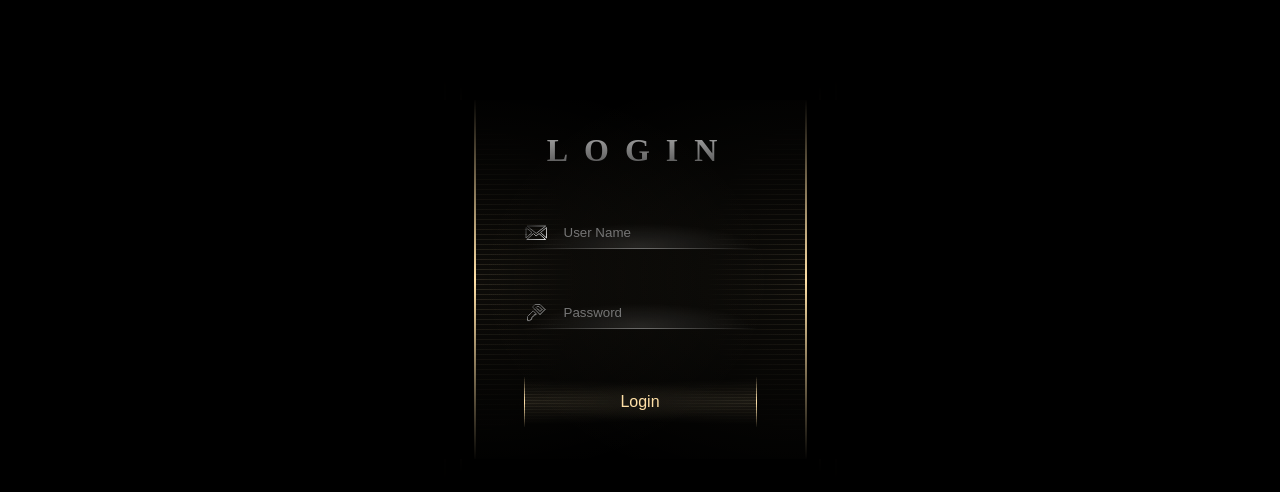
Repository: irfan-shah-sherani/Travel-Tour
Page: public/index.html
These files come from the project's save history. The page is drawn as it stood at one moment and after a run of saves; the edit follows.
The browser window is 1280 px wide. The pictures show the whole page.

Above is the page before, as saved 2025-07-11 13:00:38.

### public/index.html
<!DOCTYPE html>
<html lang="en">
<head>
    <meta charset="UTF-8">
    <meta name="viewport" content="width=device-width, initial-scale=1.0">
    <title>login page</title>
    <link rel="stylesheet" href="index.css">
</head>
<body style="background-color: black; ">

    <!-- main container -->
<div class="wrapper">
  <form class="form">
    <!-- inner form -->
    <span class="title">Login</span>

    <!-- user name theme -->
    <div class="input-container">
      <svg
        width="24"
        height="24"
        viewBox="0 0 24 24"
        fill="none"
        xmlns="http://www.w3.org/2000/svg"
      >
        <defs>
          <linearGradient
            id="gradient-stroke"
            x1="0"
            y1="0"
            x2="24"
            y2="24"
            gradientUnits="userSpaceOnUse"
          >
            <stop offset="0%" stop-color="black"></stop>
            <stop offset="100%" stop-color="white"></stop>
          </linearGradient>
        </defs>

        <g stroke="url(#gradient-stroke)" fill="none" stroke-width="1">
          <path d="M21.6365 5H3L12.2275 12.3636L21.6365 5Z"></path>
          <path d="M16.5 11.5L22.5 6.5V17L16.5 11.5Z"></path>
          <path d="M8 11.5L2 6.5V17L8 11.5Z"></path>
          <path
            d="M9.5 12.5L2.81805 18.5002H21.6362L15 12.5L12 15L9.5 12.5Z"
          ></path>
        </g>
      </svg>
      <!-- user name theme -->
       <!-- user name placeholder -->
      <input class="input" type="text" placeholder="User Name" />
    </div>

    <div class="input-container">
      <svg
        width="24"
        height="24"
        viewBox="0 0 24 24"
        fill="none"
        xmlns="http://www.w3.org/2000/svg"
      >
        <g stroke="url(#gradient-stroke)" fill="none" stroke-width="1">
          <path
            d="M3.5 15.5503L9.20029 9.85L12.3503 13L11.6 13.7503H10.25L9.8 15.1003L8 16.0003L7.55 18.2503L5.5 19.6003H3.5V15.5503Z"
          ></path>
          <path d="M16 3.5H11L8.5 6L16 13.5L21 8.5L16 3.5Z"></path>
          <path d="M16 10.5L18 8.5L15 5.5H13L12 6.5L16 10.5Z"></path>
        </g>
      </svg>
      <input class="input" type="password" placeholder="Password" />
    </div>

    <div class="login-button">
      <input class="input" type="submit" value="Login" />
    </div>

    <div class="texture"></div>
  </form>
</div>

</body>
</html>

### public/index.css
.wrapper {
  width: 100%;
  height: 100%;
  display: grid;
  place-content: center;
  background: black;
  margin-top: 100px;
  z-index: -2;
}

.form {
  padding: 2rem 3rem;
  display: grid;
  place-items: center;
  gap: 3rem;
  border: 1px solid transparent;
  -o-border-image: linear-gradient(transparent, #ffe0a6, transparent) 1;
  border-image: linear-gradient(transparent, #ffe0a6, transparent) 1;
  border-width: 0 2px 0px 2px;
  background: radial-gradient(
      100% 61.73% at 100% 50%,
      rgba(255, 224, 166, 0.05) 0%,
      transparent 100%
    ),
    radial-gradient(
      91.09% 56.23% at 0% 50%,
      rgba(255, 224, 166, 0.05) 0%,
      transparent 100%
    );
  position: relative;
}
.form::before,
.form::after {
  content: "";
  position: absolute;
  border: 1px solid transparent;
  border: inherit;
  z-index: -1;
}
.form::before {
  inset: -1rem;
  opacity: 15%;
}
.form::after {
  inset: -2rem;
  opacity: 5%;
}
.form .title {
  color: white;
  font-size: 2rem;
  font-weight: 700;
  text-align: center;
  letter-spacing: 1rem;
  text-transform: uppercase;
  background: linear-gradient(rgb(170, 170, 170), rgb(78, 78, 78));
  color: transparent;
  -webkit-background-clip: text;
  background-clip: text;
}
.form .input-container {
  display: flex;
  align-items: center;
  background: radial-gradient(
    47.3% 73.08% at 50% 94.23%,
    rgba(255, 255, 255, 0.1) 5%,
    rgba(0, 0, 0, 0) 100%
  );
  border: 1px solid transparent;
  -o-border-image: radial-gradient(
      circle,
      rgba(255, 255, 255, 0.445) 0%,
      rgba(0, 0, 0, 0) 100%
    )
    1;
  border-image: radial-gradient(
      circle,
      rgba(255, 255, 255, 0.445) 0%,
      rgba(0, 0, 0, 0) 100%
    )
    1;
  border-width: 0 0 1px 0;
}
.form .input-container svg {
  stroke: grey;
}
.form .input-container svg g {
  transition: all 0.2s ease-in-out;
}
.form .input-container .input {
  background: none;
  border: none;
  padding: 0.5rem 1rem;
  color: white;
}
.form .input-container .input:focus {
  outline: none;
  color: #ffe0a6;
}
.form .input-container:focus-within {
  background: radial-gradient(
    47.3% 73.08% at 50% 94.23%,
    rgba(255, 224, 166, 0.1) 5%,
    rgba(0, 0, 0, 0) 100%
  );
  -o-border-image: radial-gradient(circle, #ffe0a6 0%, transparent 100%) 1;
  border-image: radial-gradient(circle, #ffe0a6 0%, transparent 100%) 1;
}
.form .input-container:focus-within svg g {
  stroke: #ffe0a6;
}
.form .login-button {
  width: 100%;
  position: relative;
  transition: all 0.2s ease-in-out;
}
.form .login-button .input {
  cursor: pointer;
  padding: 1rem;
  width: 100%;
  background: radial-gradient(
      100% 45% at 100% 50%,
      rgba(255, 224, 166, 0.084) 0%,
      rgba(115, 115, 115, 0) 100%
    ),
    radial-gradient(
      100% 45% at 0% 50%,
      rgba(255, 224, 166, 0.084) 0%,
      rgba(115, 115, 115, 0) 100%
    );
  border: 1px solid transparent;
  -o-border-image: linear-gradient(transparent, #ffe0a6, transparent) 1;
  border-image: linear-gradient(transparent, #ffe0a6, transparent) 1;
  border-width: 0 1px 0 1px;
  text-align: center;
  color: #ffe0a6;
  font-size: 1rem;
}
.form .login-button::before {
  content: "";
  position: absolute;
  inset: 0;
  pointer-events: none;
  background-image: linear-gradient(
    0deg,
    rgba(255, 255, 255, 0.3764705882) 0.5px,
    transparent 0.5px
  );
  background-size: 0.1px 3px;
  mix-blend-mode: soft-light;
  -webkit-mask-image: radial-gradient(
      40% 45% at 100% 50%,
      white 0%,
      transparent 100%
    ),
    radial-gradient(40% 45% at 0% 50%, white 0%, transparent 100%);
  mask-image: radial-gradient(40% 45% at 100% 50%, white 0%, transparent 100%),
    radial-gradient(40% 45% at 0% 50%, white 0%, transparent 100%);
}
.form .login-button:hover {
  animation: flicker 0.5s infinite;
  width: 105%;
}
.form .login-button:active {
  width: 95%;
}
.form .texture {
  position: absolute;
  background-image: linear-gradient(0deg, #ffffff 1px, transparent 1px);
  background-size: 1px 5px;
  inset: 0;
  mix-blend-mode: soft-light;
  -webkit-mask-image: radial-gradient(
      30% 45% at 100% 50%,
      white 0%,
      transparent 100%
    ),
    radial-gradient(30% 45% at 0% 50%, white 0%, transparent 100%);
  mask-image: radial-gradient(30% 45% at 100% 50%, white 0%, transparent 100%),
    radial-gradient(30% 45% at 0% 50%, white 0%, transparent 100%);
  pointer-events: none;
  animation: movingLines 1s linear infinite;
}

@keyframes flicker {
  0% {
    filter: brightness(100%);
  }
  10% {
    filter: brightness(80%);
  }
  20% {
    filter: brightness(120%);
  }
  30% {
    filter: brightness(90%);
  }
  40% {
    filter: brightness(110%);
  }
  50% {
    filter: brightness(100%);
  }
  60% {
    filter: brightness(85%);
  }
  70% {
    filter: brightness(95%);
  }
  80% {
    filter: brightness(105%);
  }
  90% {
    filter: brightness(115%);
  }
  100% {
    filter: brightness(100%);
  }
}
@keyframes movingLines {
  0% {
    background-position: 0 0;
  }
  100% {
    background-position: 0 5px;
  }
}


/* --- RESPONSIVE MEDIA QUERIES --- */

/* Mobile Devices (width <= 700px) */
@media (max-width: 700px) {
  .form {
    padding: 1.5rem 1.5rem;
    gap: 2rem;
    border-width: 0 1px;
  }

  .form .title {
    font-size: 1.5rem;
    letter-spacing: 0.3rem;
  }

  .form .input-container {
    flex-direction: row;
    padding: 0.3rem;
  }

  .form .input-container svg {
    width: 20px;
    height: 20px;
  }

  .form .input-container .input {
    font-size: 0.9rem;
    width: 100%;
  }

  .form .login-button .input {
    font-size: 0.9rem;
    padding: 0.8rem;
  }

  .wrapper {
    margin-top: 50px;
    padding: 0 1rem;
  }
}

/* Tablets (width <= 1024px) */
@media (max-width: 1024px) {
  .form {
    padding: 2rem;
    gap: 2.5rem;
  }

  .form .title {
    font-size: 1.75rem;
    letter-spacing: 0.5rem;
  }

  .form .login-button:hover {
    width: 102%;
  }
}

After the next 2 saves:
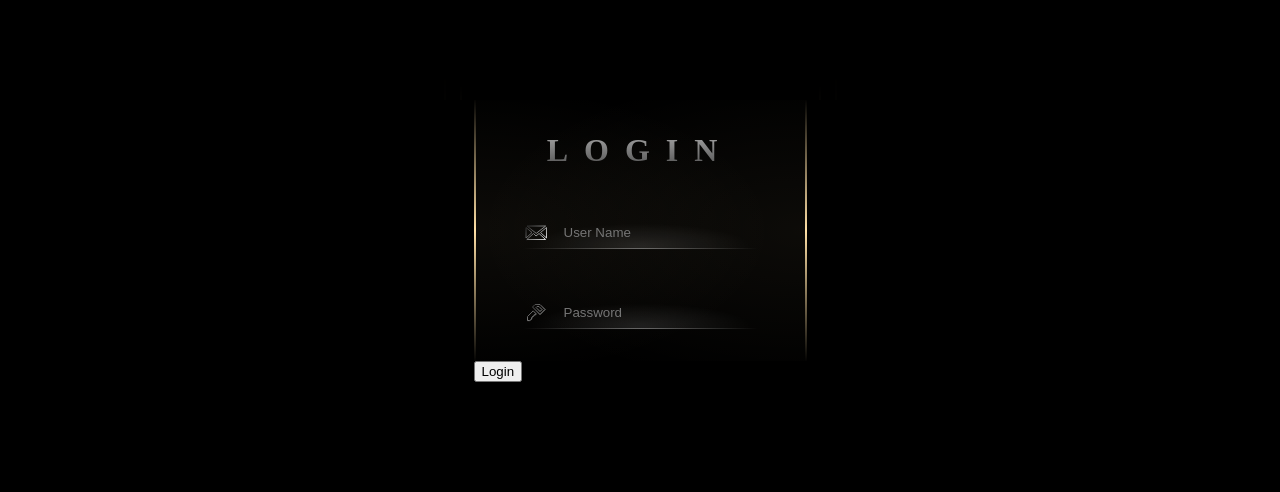
The 2 saves are shown as one change because they came seconds apart.
The last was saved 26 s later.
--- a/public/index.html
+++ b/public/index.html
@@ -67,7 +67,9 @@
           <path d="M16 10.5L18 8.5L15 5.5H13L12 6.5L16 10.5Z"></path>
         </g>
       </svg>
-      <input class="input" type="password" placeholder="Password" />
+      <form class="form" method="POST" action="/login">
+        <input class="input" type="password" placeholder="Password" />
+      </form>
     </div>
 
     <div class="login-button">
